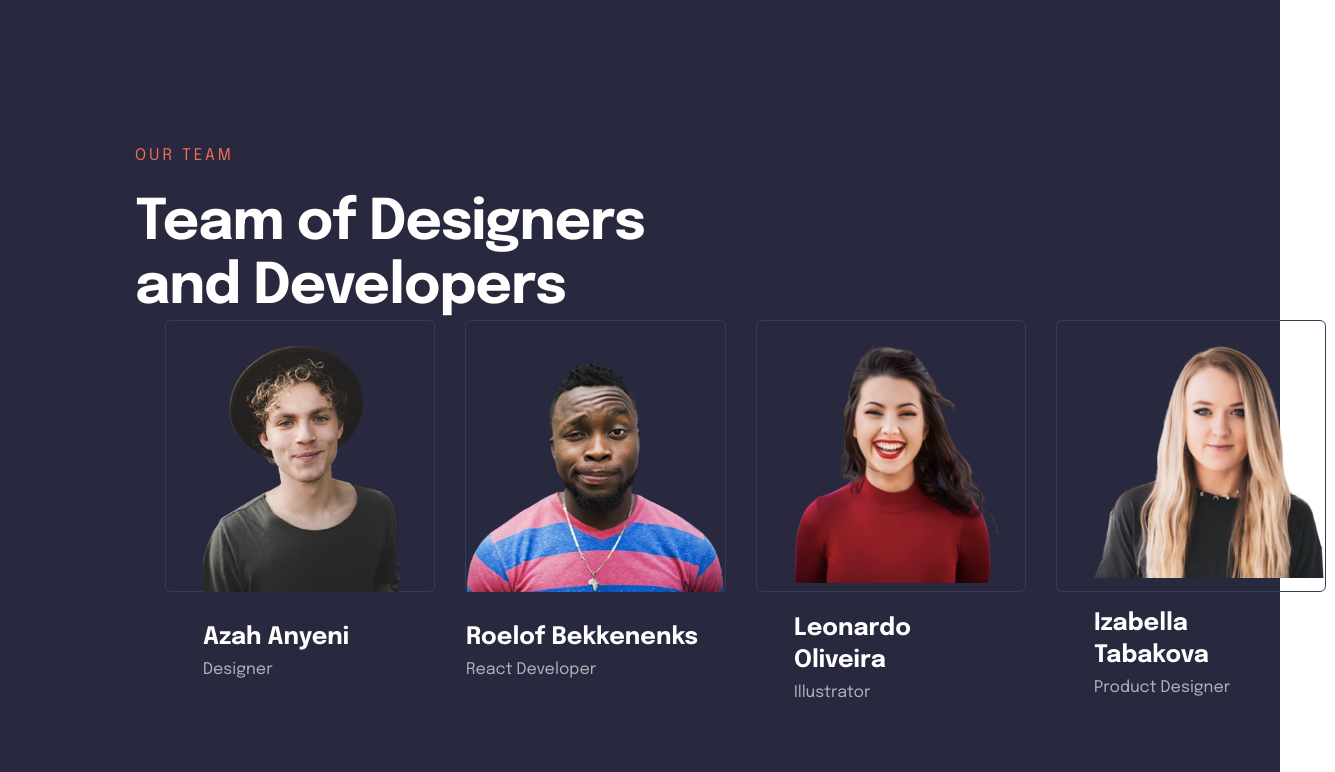
Repository: FaridRustamov09/task13
Page: index.html
These files come from the project's save history. The page is drawn as it stood at one moment and after the next save; the edit follows.
The browser window is 1280 px wide. The page is 1326 px wide, then 1335 px, so the pictures cover 1335 px, including what lies to the right of the window. The pictures show the whole page.

Above is the page before, as saved 2023-11-27 18:56:28.

After the next save:
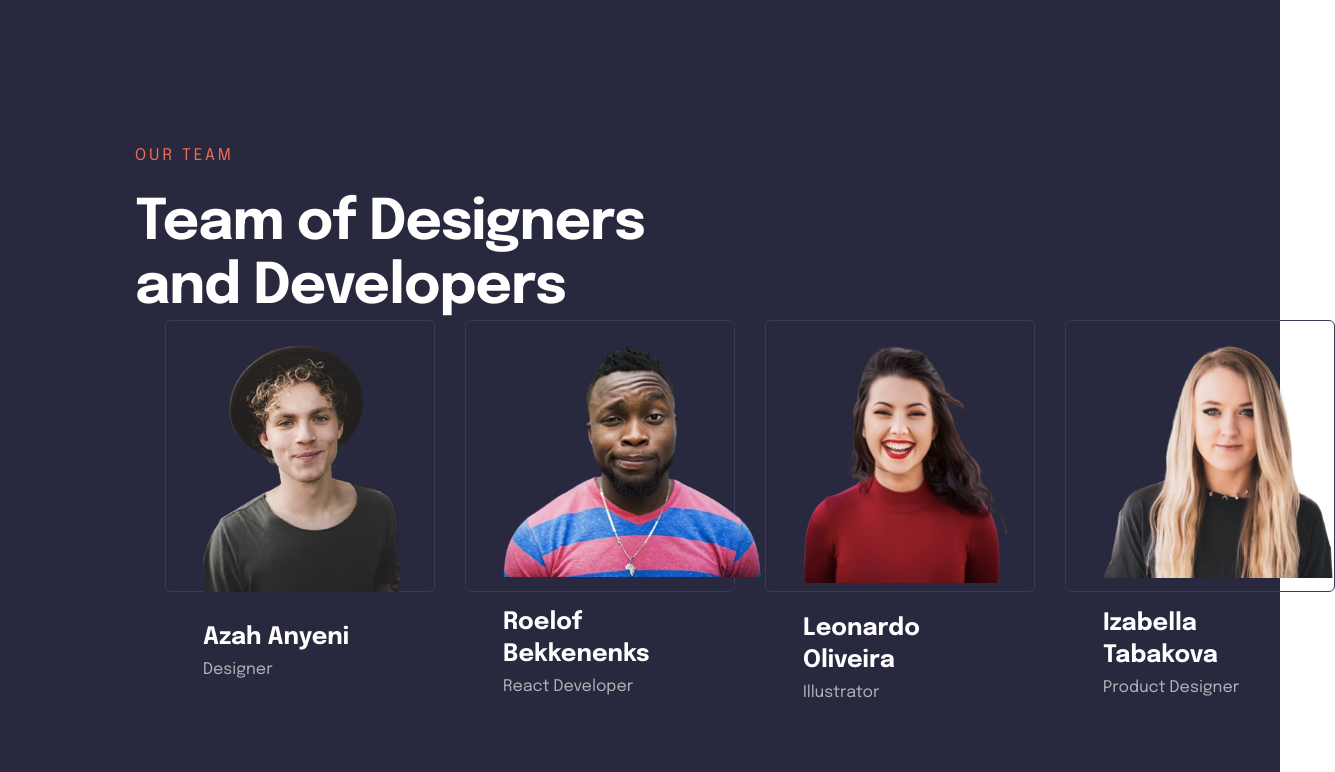
Saved 2 min 5 s later.
--- a/index.html
+++ b/index.html
@@ -18,7 +18,7 @@
           <h3>Azah Anyeni</h3>
           <p>Designer</p>
         </div>
-        <div class="box-2">
+        <div class="box">
           <img src="Bitmap (1).png" alt="image human" />
           <h3>Roelof Bekkenenks</h3>
           <p>React Developer</p>
